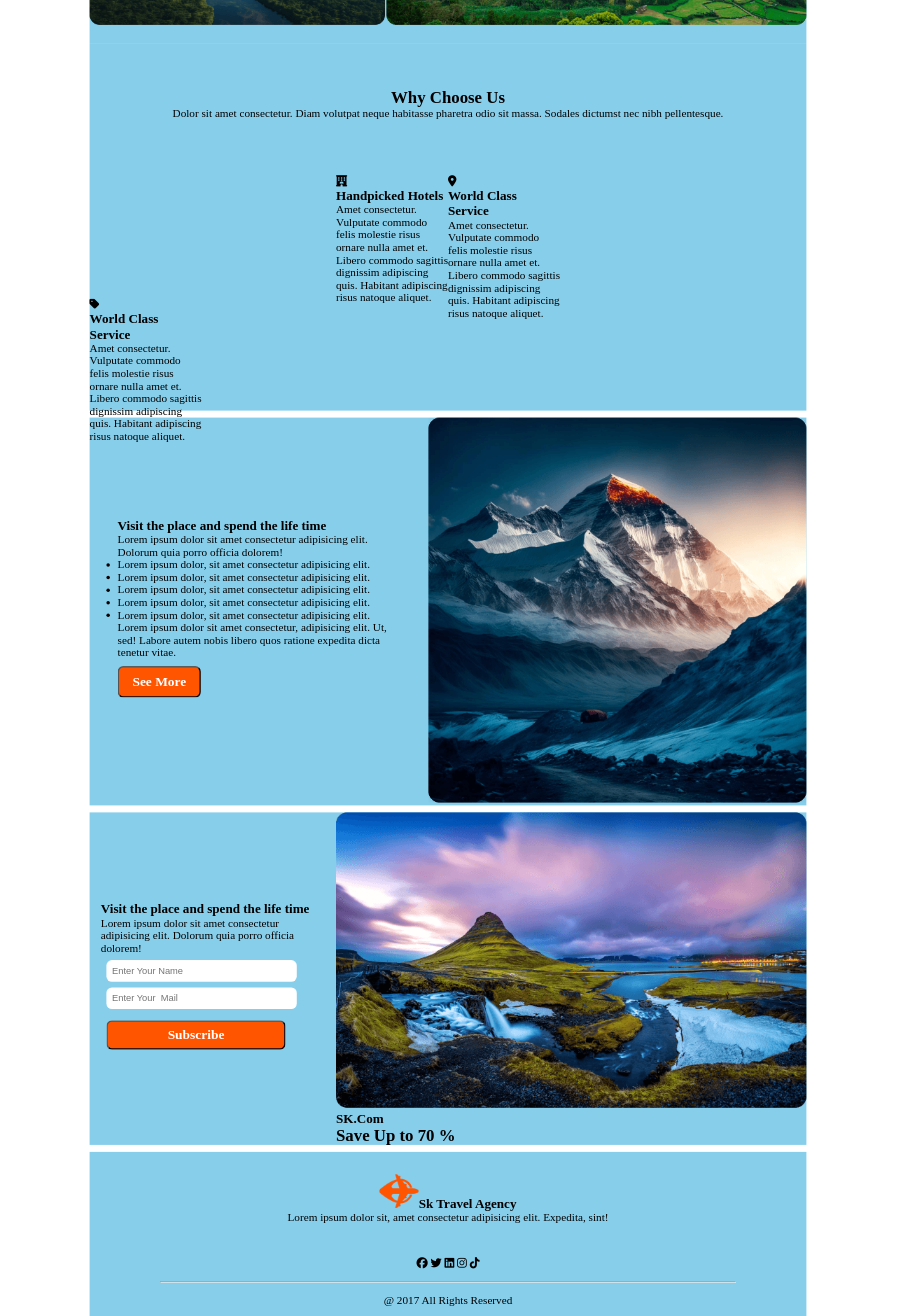
Repository: sumonkumarsarkar/Sk-Travel-Agency-
Page: index.html
The author's editor kept a copy of each file at every save. The page is drawn from the files as they stood at one save, then again after the next save.
The browser window is 1280 px wide. The page is 1312 px wide, so the pictures cover 1312 px, including what lies to the right of the window. The pictures show the part of the page from y = 2262 to 4142 px (the page is 4144 px tall before and 4048 px after), at 70% of full size.

Above is the page before, as saved 2024-01-17 07:45:42.

After the next save:
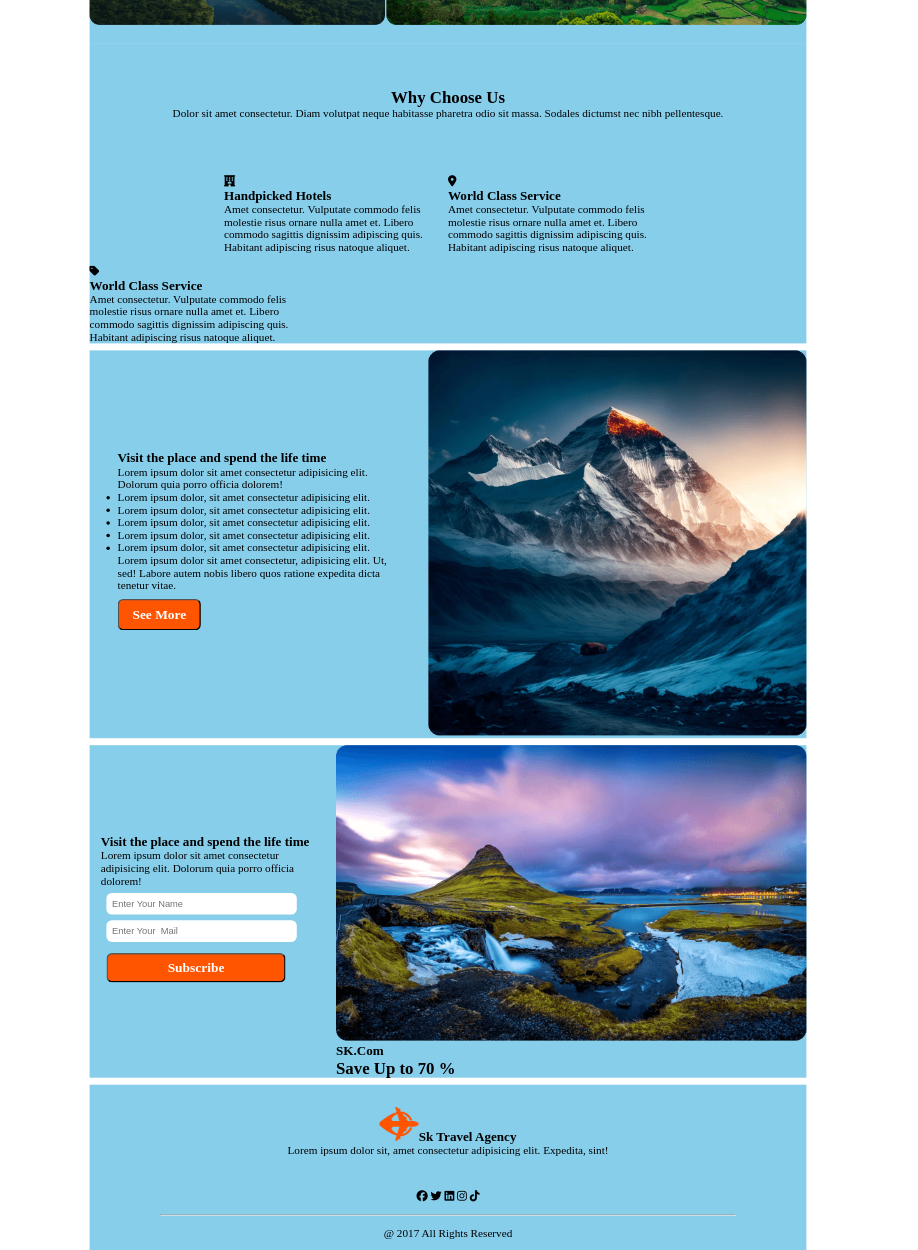
Saved 16 s later.
--- a/style.css
+++ b/style.css
@@ -43,7 +43,7 @@ padding:4rem;
 
 .card{
     max-height: 10rem;
-    max-width: 10rem;
+    max-width: 20rem;
     align-items: center;
 }
 
